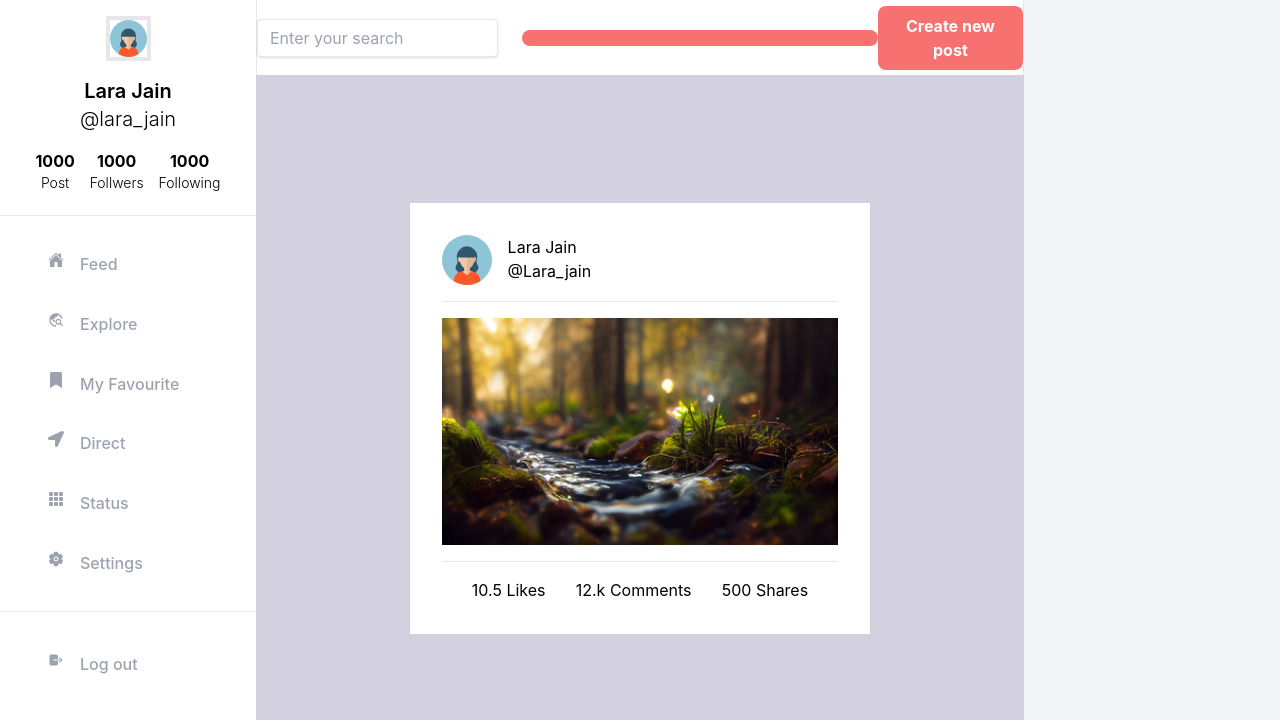
Repository: cosmicswati/upgrad-captions-project
Page: /
These files come from the project's save history. The page is drawn as it stood at one moment and after the next save; the edit follows.
The browser window is 1280 px wide. The pictures show the whole page.
An inner scrolling area shows only its first screen. The project was rebuilt for these pictures with package versions that can differ from the ones it lists, and the page was loaded fresh each time. Also part of the build but not shown: src/modules/Home/data.js, src/modules/Authorization/Form.jsx, src/modules/Authorization/index.js.

Above is the page before, as saved 2024-04-12 11:04:12.

### src/index.css
@tailwind base;
@tailwind components;
@tailwind utilities;

body {
  margin: 0;
  font-family: -apple-system, BlinkMacSystemFont, 'Segoe UI', 'Roboto', 'Oxygen',
    'Ubuntu', 'Cantarell', 'Fira Sans', 'Droid Sans', 'Helvetica Neue',
    sans-serif;
  -webkit-font-smoothing: antialiased;
  -moz-osx-font-smoothing: grayscale;
}

code {
  font-family: source-code-pro, Menlo, Monaco, Consolas, 'Courier New',
    monospace;
}

.scrollbar-hide::-webkit-scrollbar{
  display: none;
}

### src/App.js
import React from 'react';
import Routes from './routes'
function App() {
  return (
    <div>
      {/* <Auth />  */}
      <Routes/>
    </div>
  );
}

export default App;

### src/routes/index.js
import React from 'react';
import Home from '../modules/Home';
import Form from '../modules/Authorization'
import { Navigate, Route, Routes as Router } from 'react-router-dom';


const PrivateRoute =({children}) => {
    const isUserLoggedIn = window.localStorage.getItem('user:token') || true
    const isFormPages = window.location.pathname.includes('account')

    if(isUserLoggedIn && !isFormPages){
        return children
    }else if (!isUserLoggedIn && isFormPages){
        return children
    }else{
        const redirectUrl = isUserLoggedIn ? '/' : '/account/signin'
       return <Navigate to={redirectUrl} replace/>
    }

}

const Routes = () => {
    const routes = [
         {
            id : 1,
           name : 'home',
           path : '/',
           Components : <Home/>
         },
         {
            id : 2,
           name : 'sign in',
           path : '/account/signin',
           Components : <Form/>
         },
         {
            id : 3,
           name : 'sign up',
           path : '/account/signup',
           Components : <Form/>
         },
    ]
  return (
    <Router>
        {
            routes.map(({id, name, path, Components}) => {
                return <Route key={id} path={path} element={<PrivateRoute>{Components}</PrivateRoute>} />
            })
        }
    </Router>
  );
};

export default Routes;

### src/modules/Home/index.js
import React from 'react'
import { ReactComponent as Avatar} from '../../assets/Avatar.svg'
import Input from '../../components/Input'
import Button from '../../components/Button'
import postImg from '../../assets/postImg.jpg'
import { IoHome } from "react-icons/io5";
import { MdOutlineTravelExplore } from "react-icons/md";
import { FaBookmark } from "react-icons/fa";
import { FaLocationArrow, FaSearch  } from "react-icons/fa";
import { BsFillGrid3X3GapFill } from "react-icons/bs";
import { IoSettings , IoLogOut} from "react-icons/io5";
import { stats, navigations } from './data'

const Home = () => {
  return (
    <div className='h-screen bg-[#d2cfdf]  flex overflow-hidden'>
        <div className='w-[20%] bg-white flex flex-col'>
            <div className='h-[30%] flex justify-center items-center border-b'>
                <div className='flex flex-col justify-center items-center'>
                    <Avatar width={'45px'} height={'45px'} className='border-4 rounded-fullp-2'/>
                    <div className='my-4 text-center'>
                         <h3 className='text-xl font-semibold'>Lara Jain</h3>
                         <p className='text-xl font-light'>@lara_jain</p>
                    </div>
                    <div className='h-[50px] flex justify-around w-[200px] text-center'>
                        {
                            stats.map(({id, name, stats}) => {
                                return(
                                <div key={id}>
                                  <h4 className='font-bold'>{stats}</h4>
                                 <p className='font-light text-sm'>{name}</p>
                            </div>
                             )
                          })
                        }
                    </div>
                </div>
            </div>
            <div className='h-[55%] flex flex-col justify-evenly pl-12 border-b text-gray-400 text-md font-medium'>
                <div className='flex cursor-pointer hover:text-[#F00F51]'><span className='mr-4'><IoHome /></span>Feed</div>
                <div className='flex cursor-pointer hover:text-[#F00F51]'><span className='mr-4'><MdOutlineTravelExplore /></span>Explore</div>
                <div className='flex cursor-pointer hover:text-[#F00F51]'><span className='mr-4'><FaBookmark /></span>My Favourite</div>
                <div className='flex cursor-pointer hover:text-[#F00F51]'><span className='mr-4'><FaLocationArrow /></span>Direct</div>
                <div className='flex cursor-pointer hover:text-[#F00F51]'><span className='mr-4'><BsFillGrid3X3GapFill /></span>Status</div>
                <div className='flex cursor-pointer hover:text-[#F00F51]'><span className='mr-4'><IoSettings /></span>Settings</div>
            </div>
            <div className='h-[15%] pt-10 text-gray-400 text-md font-medium'>
                <div className='ml-12 cursor-pointer flex hover:text-[#F00F51]'> <span className='mr-4'><IoLogOut /></span>Log out</div>
            </div>
        </div>
        <div className='w-[60%] overflow-scroll h-full scrollbar-hide'>
            <div className='bg-white h-[75px] border-l border-r flex justify-evenly items-center pt-4'>
                 <div className='flex justify-center items-center'>
                    <Input placeholder='Enter your search' className='w-[400px] rounded-full'/>
                    <Button icon={<FaSearch />}  className='mb-4 ml-6  w-[400px] rounded-lg bg-red-400 hover:bg-red-500 '/>
                 </div>
                 <Button icon={<IoHome />} label='Create new post'  className='rounded-lg bg-red-400 hover:bg-red-500 mb-4'/>
            </div>
            <div className='bg-white w-[60%]  mx-auto mt-32 p-8'>
                <div className='border-b flex item-center pb-4 mb-4'>
                    <Avatar width={'50px'} height={'50px'} />
                   <div className='ml-4'>
                   <h3>Lara Jain</h3>
                    <p>@Lara_jain</p>
                   </div>
                </div>
                <div className='border-b pb-4 mb-4'>
                    <img src={postImg} width={'500px'}/>
                </div>
                <div className='flex justify-evenly mt-4'>
                    <div>10.5 Likes</div>
                    <div>12.k Comments</div>
                    <div>500 Shares</div>
                </div>
            </div>
            <div className='bg-white w-[60%]  mx-auto mt-32 p-8'>
                <div className='border-b flex item-center pb-4 mb-4'>
                    <Avatar width={'50px'} height={'50px'} />
                   <div className='ml-4'>
                   <h3>Lara Jain</h3>
                    <p>@Lara_jain</p>
                   </div>
                </div>
                <div className='border-b pb-4 mb-4'>
                    <img src={postImg} width={'500px'}/>
                </div>
                <div className='flex justify-evenly mt-4'>
                    <div>10.5 Likes</div>
                    <div>12.k Comments</div>
                    <div>500 Shares</div>
                </div>
            </div>
        </div>

        <div className='w-[20%] bg-[#F2F5F8]'>

            </div>
    </div>
  )
}

export default Home

### src/components/Input/index.js
import React from 'react'

const Input = ({
    name = '',
    label ='',
    type ='',
    placeholder =''
}) => {
  return (
    <div class="mb-4">
        {
          label &&
          <label class="block text-gray-700 text-sm font-bold mb-2" for={name}>
             {label}
          </label>
        }

        <input class="shadow apperance-none border rounded w-full py-2 px-3
         text-gray-700 leading-tight focus:outline-none focus:shadow-outline"
         id={name} type={type} placeholder={placeholder} />

    </div>
  )

}

export default Input

### src/components/Button/index.js
import React from 'react'

const Button = ({
    label ='',
    className =''
}) => {
  return (
    <button className={`bg-blue-500 hover:bg-blue-700 text-white font-bold py-2 px-4 rounded ${className}`}>
      {label}
  </button>
  )
}

export default Button

### tailwind.config.js
/** @type {import('tailwindcss').Config} */
module.exports = {
 mode:'jit',
 purge: [
  './public/**/*.html',
  './src/**/*.{js,jsx,ts,tsx,vue}',
 ],
  content: [
    "./src/**/*.{js,jsx,ts,tsx}",
  ],
  theme: {
    extend: {},
  },
  plugins: [],
}

Loaded but not shown: public/index.html (common file); src/index.js (common file); src/reportWebVitals.js (common file)

After the next save:
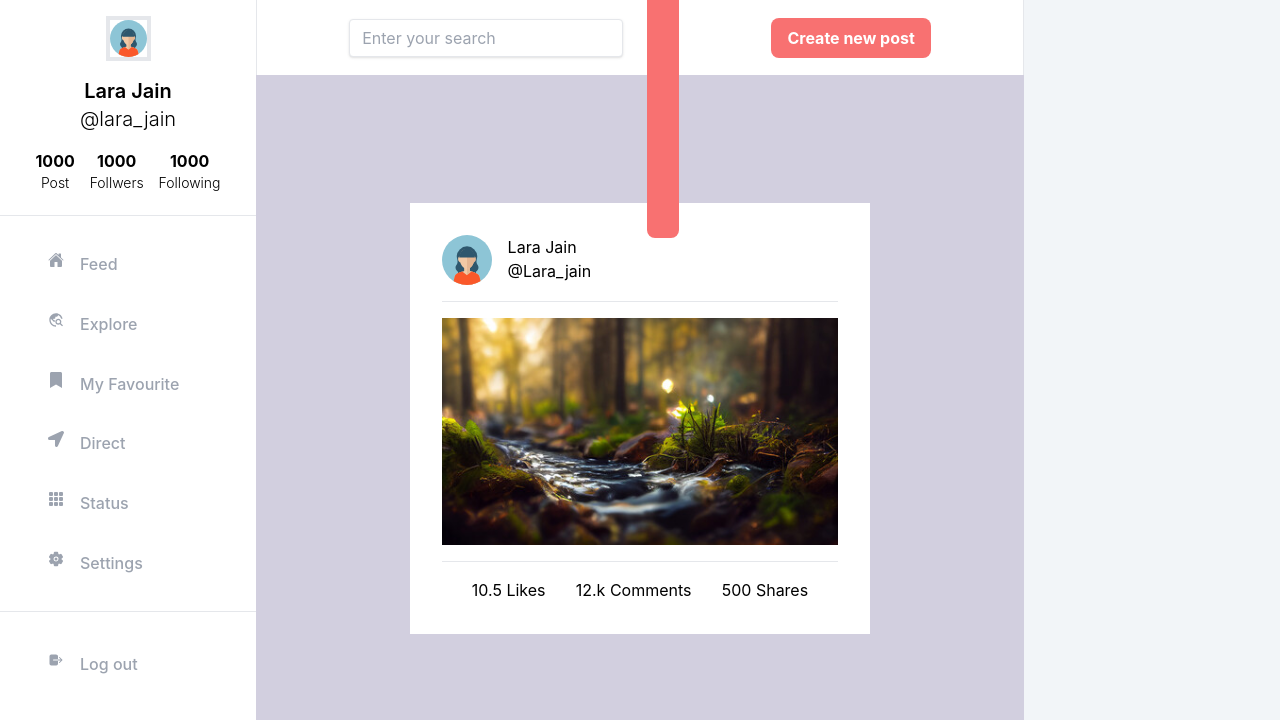
Saved 16 s later.
--- a/src/modules/Home/index.js
+++ b/src/modules/Home/index.js
@@ -52,7 +52,7 @@ const Home = () => {
             <div className='bg-white h-[75px] border-l border-r flex justify-evenly items-center pt-4'>
                  <div className='flex justify-center items-center'>
                     <Input placeholder='Enter your search' className='w-[400px] rounded-full'/>
-                    <Button icon={<FaSearch />}  className='mb-4 ml-6  w-[400px] rounded-lg bg-red-400 hover:bg-red-500 '/>
+                    <Button icon={<FaSearch />}  className='mb-4 ml-6  h-[400px] rounded-lg bg-red-400 hover:bg-red-500 '/>
                  </div>
                  <Button icon={<IoHome />} label='Create new post'  className='rounded-lg bg-red-400 hover:bg-red-500 mb-4'/>
             </div>
